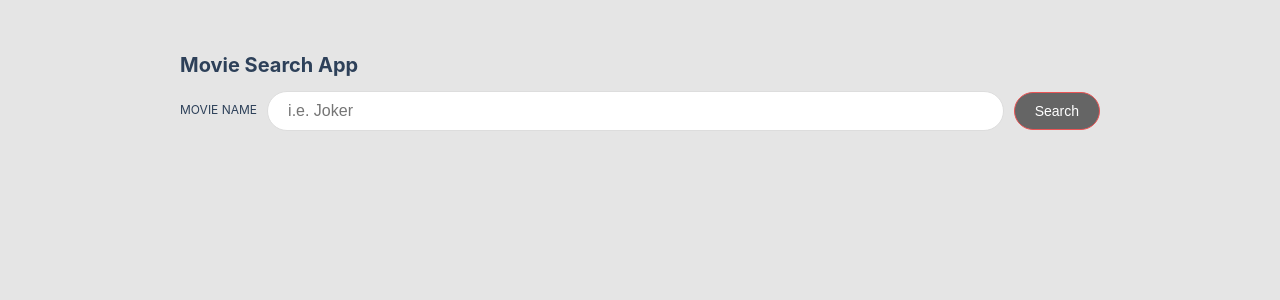
Repository: alialshara94/Movies-Search-React
Page: /
The author's editor kept a copy of each file at every save. The page is drawn from the files as they stood at one save, then again after the next save.
The browser window is 1280 px wide. The pictures show the whole page.
The pointer rests on the first visible `.button`.
The project was rebuilt for these pictures with package versions that can differ from the ones it lists, and the page was loaded fresh each time.

Above is the page before, as saved 2020-10-22 01:08:28.

After the next save:
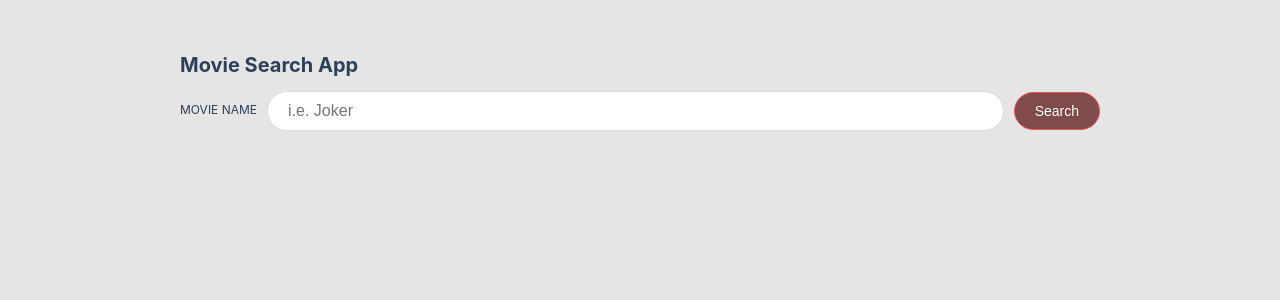
Saved 28 s later.
--- a/src/App.css
+++ b/src/App.css
@@ -63,7 +63,7 @@ small {
 }
 
 .button:hover {
-  background-color: rgba(84, 84, 84, 0.877);
+  background-color: rgba(116, 54, 54, 0.877);
 }
 
 @media (min-width:786px){
